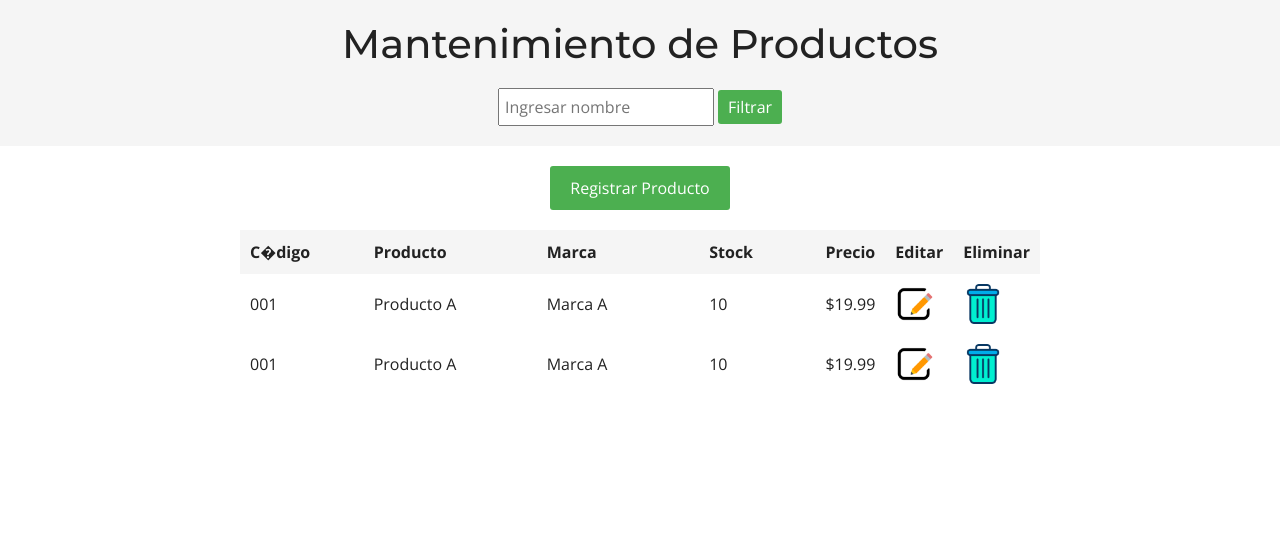
Repository: JReynaldoDelRio/DAWI---IntiElectrdomesticos
Page: http://localhost/mantenimientoProducto
These files come from the project's save history. The page is drawn as it stood at one moment and after the next save; the edit follows.
The browser window is 1280 px wide. The pictures show the whole page.
Some web fonts or font styles are not loaded; a fallback is used. The page is this project's Thymeleaf template; nobody is signed in. The template is opened directly, without the code that normally fills it, so the values that code supplies are empty.

Above is the page before, as saved 2023-06-07 07:33:56.

### IntiElectrodomesticos/src/main/resources/templates/mantenimientoProducto.html
<!DOCTYPE html>
<html>
<head>
<meta charset="ISO-8859-1">
<link rel="stylesheet" href="css/producto.css">
  <link href="assets/img/favicon.png" rel="icon">
  <link href="assets/img/apple-touch-icon.png" rel="apple-touch-icon">

  <link rel="preconnect" href="https://fonts.googleapis.com">
  <link rel="preconnect" href="https://fonts.gstatic.com" crossorigin>
  <link href="https://fonts.googleapis.com/css2?family=Open+Sans:ital,wght@0,300;0,400;0,500;0,600;0,700;1,300;1,400;1,600;1,700&family=Montserrat:ital,wght@0,300;0,400;0,500;0,600;0,700;1,300;1,400;1,500;1,600;1,700&family=Raleway:ital,wght@0,300;0,400;0,500;0,600;0,700;1,300;1,400;1,500;1,600;1,700&display=swap" rel="stylesheet">

  <link href="assets/vendor/bootstrap/css/bootstrap.min.css" rel="stylesheet">
  <link href="assets/vendor/bootstrap-icons/bootstrap-icons.css" rel="stylesheet">
  <link href="assets/vendor/aos/aos.css" rel="stylesheet">
  <link href="assets/vendor/glightbox/css/glightbox.min.css" rel="stylesheet">
  <link href="assets/vendor/swiper/swiper-bundle.min.css" rel="stylesheet">


  <link href="assets/css/main.css" rel="stylesheet">

<title>Mantenimiento Producto</title>
</head>
<body>
 <header>
        <h1>Mantenimiento de Productos</h1>
        <div class="filter-form">
          <input type="text" placeholder="Ingresar nombre">
          <button>Filtrar</button>
        </div>
      </header>
      <main>
        <button class="register-button" onclick="openDialog()">Registrar Producto</button>
        <table>
          <thead>
            <tr>
              <th>Código</th>
              <th>Producto</th>
              <th>Marca</th>
              <th>Stock</th>
              <th>Precio</th>
              <th>Editar</th>
              <th>Eliminar</th>
            </tr>
          </thead>
          <tbody>
            <tr>
              <td>001</td>
              <td>Producto A</td>
              <td>Marca A</td>
              <td>10</td>
              <td>$19.99</td>
              <td><img src="img/editar.png" alt="Editar"></td>
              <td><img src="img/eliminar.png" alt="Editar"></td>
            </tr>
            <!-- Más filas de la tabla aquí -->
            <tr>
                <td>001</td>
                <td>Producto A</td>
                <td>Marca A</td>
                <td>10</td>
                <td>$19.99</td>
                <td><img src="img/editar.png" alt="Editar"></td>
                <td><img src="img/eliminar.png" alt="Editar"></td>
              </tr>
          </tbody>
        </table>
      </main>

    <dialog id="register-dialog" >
        <h2>Registro de Producto</h2>
        <form>
          <label for="name">Nombre:</label>
          <select id="name">
            <option value="producto1">Producto 1</option>
            <option value="producto2">Producto 2</option>
            <option value="producto3">Producto 3</option>
          </select>

          <label for="brand">Marca:</label>
          <select id="brand">
            <option value="marca1">Marca 1</option>
            <option value="marca2">Marca 2</option>
            <option value="marca3">Marca 3</option>
          </select>

          <label for="stock">Stock:</label>
          <input type="number" id="stock">

          <label for="price">Precio:</label>
          <input type="number" step="0.01" id="price">

          <button type="button" onclick="registerProduct()">Registrar</button>
          <button type="button" onclick="closeDialog()">Cancelar</button>
        </form>
      </dialog>
      <script src="js/producto.js"></script>
</body>
</html>

### IntiElectrodomesticos/src/main/resources/static/css/producto.css
@charset "ISO-8859-1";

body {
    font-family: Arial, sans-serif;
    margin: 0;
    padding: 0;
  }

  header {
    background-color: #f5f5f5;
    padding: 20px;
  }

  h1 {
    text-align: center;
    margin-top: 0;
  }

  .filter-form {
    text-align: center;
    margin-top: 20px;
  }

  .filter-form input[type="text"] {
    padding: 5px;
  }

  .filter-form button {
    padding: 5px 10px;
    background-color: #4CAF50;
    color: white;
    border: none;
    border-radius: 3px;
    cursor: pointer;
  }

  main {
    padding: 20px;
    display: flex;
    flex-direction: column;
    align-items: center;
  }

  .register-button {
    padding: 10px 20px;
    background-color: #4CAF50;
    color: white;
    border: none;
    border-radius: 3px;
    cursor: pointer;
    margin-bottom: 20px;
  }

  table {
    margin: 0 auto; /* Centrar la tabla horizontalmente */
    max-width: 800px; /* Ancho máximo de la tabla */
  }

  th, td {
    padding: 10px;
    text-align: left;
    border-bottom: 1px solid #ddd;
  }

  th {
    background-color: #f5f5f5;
  }

  tbody tr:hover {
    background-color: #f9f9f9;
  }


  th:nth-child(1),
  td:nth-child(1) {
    width: auto; /* Tamaño de la primera columna */
    width: 20%;
  }

  th:nth-child(2),
  td:nth-child(2) {
    width: auto; /* Tamaño de la segunda columna */
    width: 30%;
  }

  th:nth-child(3),
  td:nth-child(3) {
    width: auto; /* Tamaño de la tercera columna */
    width: 30%;
  }

  th:nth-child(4),
  td:nth-child(4) {
    width: auto; /* Tamaño de la cuarta columna */
    width: 60%;
  }

  th:nth-child(5),
  td:nth-child(5) {
    width: auto; /* Tamaño de la quinta columna */
    width: 210%;
  }

  th:nth-child(6),
  td:nth-child(6),
  img:nth-child(6) {
    width: auto; /* Tamaño de la quinta columna */
    width: 320%;
  }

  th:nth-child(7),
  td:nth-child(7) {
    width: auto; /* Tamaño de la quinta columna */
    width: 30%;
  }
  img{
    width: 40px;
    height: 40px;
  }

dialog {
  border: none;
  padding: 20px;
  width: 400px;
  background-color: #f5f5f5;
  position: fixed;
  top: 50%;
  left: 30%;
  transform: translate(-50%, -50%);
}

dialog h2 {
    margin-top: 0;
    font-size: 24px;
    color: #4CAF50;
    border-bottom: 2px solid #4CAF50;
    text-align: center;
    padding-bottom: 10px;
}

dialog form {
  display: flex;
  flex-direction: column;
}

dialog label {
  margin-bottom: 5px;
}

dialog input, dialog select {
  margin-bottom: 10px;
  padding: 5px;
}

dialog button {
  padding: 5px 10px;
  background-color: #4CAF50;
  color: white;
  border: none;
  border-radius: 3px;
  cursor: pointer;
  margin-top: 10px;
}

Loaded but not shown: IntiElectrodomesticos/src/main/resources/static/js/producto.js (20 lines, source omitted); IntiElectrodomesticos/src/main/resources/static/assets/css/main.css (2669 lines, source omitted)

After the next save:
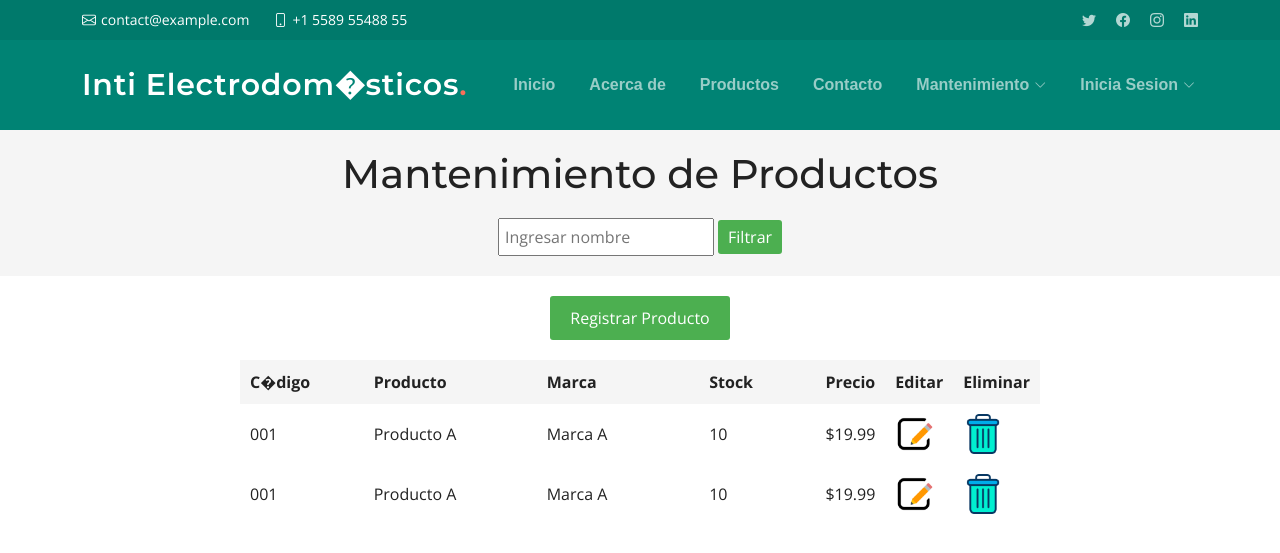
Saved 48 s later.
--- a/IntiElectrodomesticos/src/main/resources/templates/mantenimientoProducto.html
+++ b/IntiElectrodomesticos/src/main/resources/templates/mantenimientoProducto.html
@@ -22,6 +22,96 @@
 <title>Mantenimiento Producto</title>
 </head>
 <body>
+<section id="topbar" class="topbar d-flex align-items-center">
+    <div class="container d-flex justify-content-center justify-content-md-between">
+      <div class="contact-info d-flex align-items-center">
+        <i class="bi bi-envelope d-flex align-items-center"><a href="mailto:contact@example.com">contact@example.com</a></i>
+        <i class="bi bi-phone d-flex align-items-center ms-4"><span>+1 5589 55488 55</span></i>
+      </div>
+      <div class="social-links d-none d-md-flex align-items-center">
+        <a href="#" class="twitter"><i class="bi bi-twitter"></i></a>
+        <a href="#" class="facebook"><i class="bi bi-facebook"></i></a>
+        <a href="#" class="instagram"><i class="bi bi-instagram"></i></a>
+        <a href="#" class="linkedin"><i class="bi bi-linkedin"></i></i></a>
+      </div>
+    </div>
+  </section>
+
+  <header id="header" class="header d-flex align-items-center">
+
+    <div class="container-fluid container-xl d-flex align-items-center justify-content-between">
+      <a href="index.html" class="logo d-flex align-items-center">
+
+        <!-- <img src="assets/img/logo.png" alt=""> -->
+        <h1>Inti Electrodomésticos<span>.</span></h1>
+      </a>
+      <nav id="navbar" class="navbar">
+        <ul>
+          <li><a href="#hero">Inicio</a></li>
+          <li><a href="#about">Acerca de </a></li>
+
+          <li><a href="#portfolio">Productos</a></li>
+
+
+
+          <li><a href="#contact">Contacto</a></li>
+          <li class="dropdown"><a href="#"><span>Mantenimiento</span> <i class="bi bi-chevron-down dropdown-indicator"></i></a>
+            <ul>
+
+              <li class="dropdown"><a href="/mantenimientoProducto"><span>Productos</span> <i class="bi bi-chevron-down dropdown-indicator"></i></a>
+              </li>
+              <li class="dropdown"><a href="#"><span>Cliente</span> <i class="bi bi-chevron-down dropdown-indicator"></i></a>
+                <ul>
+                  <li><a href="#">Listar</a></li>
+                  <li><a href="#">Agregar</a></li>
+                  <li><a href="#">Eliminar</a></li>
+                  <li><a href="#">Actualizar</a></li>
+                </ul>
+              </li>
+              <li class="dropdown"><a href="#"><span>Proveedor</span> <i class="bi bi-chevron-down dropdown-indicator"></i></a>
+                <ul>
+                  <li><a href="#">Listar</a></li>
+                  <li><a href="#">Agregar</a></li>
+                  <li><a href="#">Eliminar</a></li>
+                  <li><a href="#">Actualizar</a></li>
+                </ul>
+              </li>
+              <li class="dropdown"><a href="#"><span>Factura</span> <i class="bi bi-chevron-down dropdown-indicator"></i></a>
+                <ul>
+                  <li><a href="#">Listar</a></li>
+                  <li><a href="#">Agregar</a></li>
+                  <li><a href="#">Eliminar</a></li>
+                  <li><a href="#">Actualizar</a></li>
+                </ul>
+              </li>
+
+
+            </ul>
+          </li>
+          <li class="dropdown"><a href="#"><span>Inicia Sesion</span> <i class="bi bi-chevron-down dropdown-indicator"></i></a>
+            <ul>
+
+              <li class="dropdown"><a href="#"><span>Ingresar</span> </a>
+
+              </li>
+              <li class="dropdown"><a href="#"><span>Registrar</span> </a>
+
+              </li>
+
+
+
+
+            </ul>
+          </li>
+
+        </ul>
+      </nav>
+
+      <i class="mobile-nav-toggle mobile-nav-show bi bi-list"></i>
+      <i class="mobile-nav-toggle mobile-nav-hide d-none bi bi-x"></i>
+
+    </div>
+  </header>
  <header>
         <h1>Mantenimiento de Productos</h1>
         <div class="filter-form">
